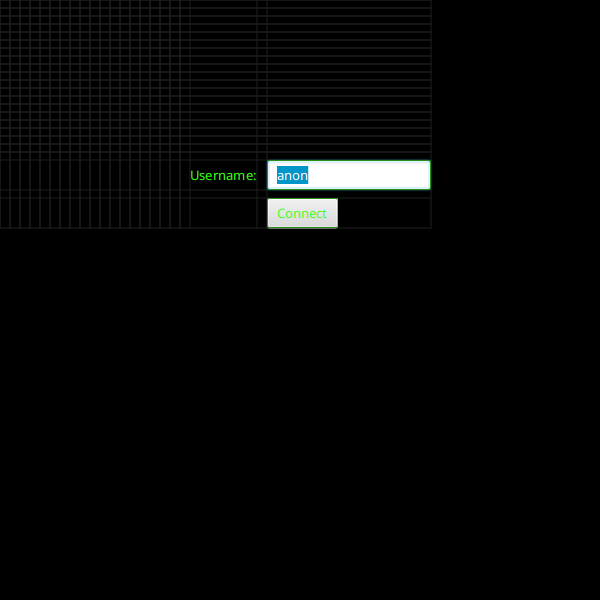
Repository: silic4-ivey/River
Program's window: java RiverClient/src/Main.java
The author's editor kept a copy of each file at every save. The program's window is drawn from the files as they stood at one save, then again after the next save.
It runs on Java 21 on a 1366 x 768 screen with JavaFX 11; the title bar is not drawn.

Above is the program's window before, as saved 2021-08-26 16:57:44.

After the next save:
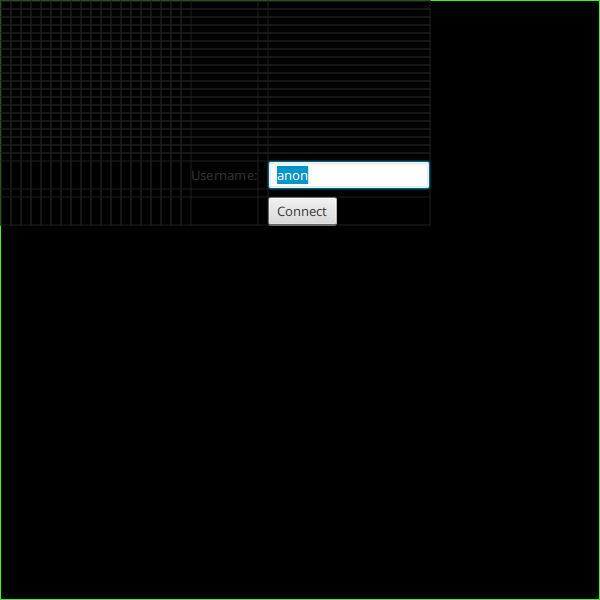
Saved 2 min 45 s later.
--- a/RiverClient/src/MainUI.java
+++ b/RiverClient/src/MainUI.java
@@ -56,7 +56,7 @@
 			e.printStackTrace();
 		}*/
 
-		text.setStyle("-fx-text-inner-color: #39ff14");
+		/*text.setStyle("-fx-text-inner-color: #39ff14");
 		text.setStyle("-fx-control-inner-background: black");
 		text.setStyle("-fx-border-color: #39ff14");
 
@@ -64,7 +64,7 @@
 
 		connectButton.setTextFill(Color.web("#39ff14"));
 		connectButton.setStyle("-fx-background-color: black");
-		connectButton.setStyle("-fx-border-color: #39ff14");
+		connectButton.setStyle("-fx-border-color: #39ff14");*/
 
 		//connectButton.setMaxSize(50, 20);
 
@@ -85,10 +85,11 @@
 		layout1.getChildren().addAll(userLbl,text,connectButton);
 
 		layout1.setGridLinesVisible(true);
-		layout1.setStyle("-fx-background-color: #000000");
+		//layout1.setStyle("-fx-background-color: #000000");/////////////////////////////
 
-		Scene scene1 = new Scene(layout1, size, size, Color.BLACK);
+		Scene scene1 = new Scene(layout1, size, size);//, Color.BLACK);///////////////////////////
 		//scene1.setFill(Color.BLACK);
+		scene1.getStylesheets().add("application.css");
 
 		window.setScene(scene1);
 		window.setTitle("The River");
